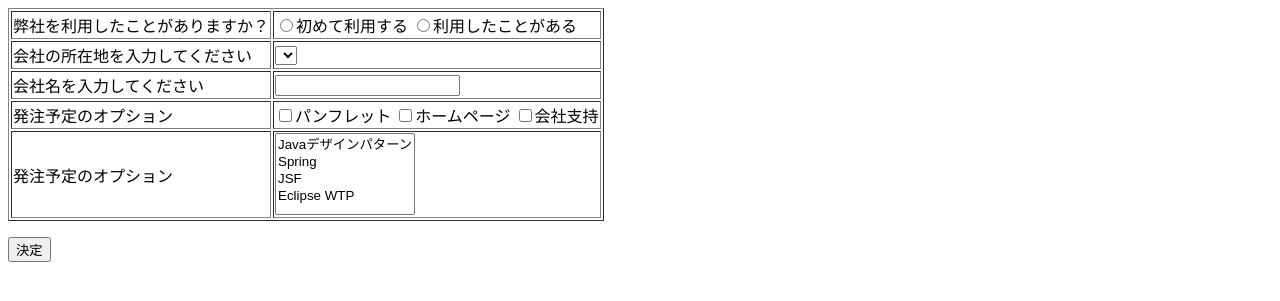
Repository: ict20215/ict
Page: http://localhost/test/jsp/Rei08_request.jsp
These files come from the project's save history. The page is drawn as it stood at one moment and after the next save; the edit follows.
The browser window is 1280 px wide. The pictures show the whole page.
The page is served by Tomcat 9.

Above is the page before, as saved 2021-10-20 05:33:36.

After the next save:
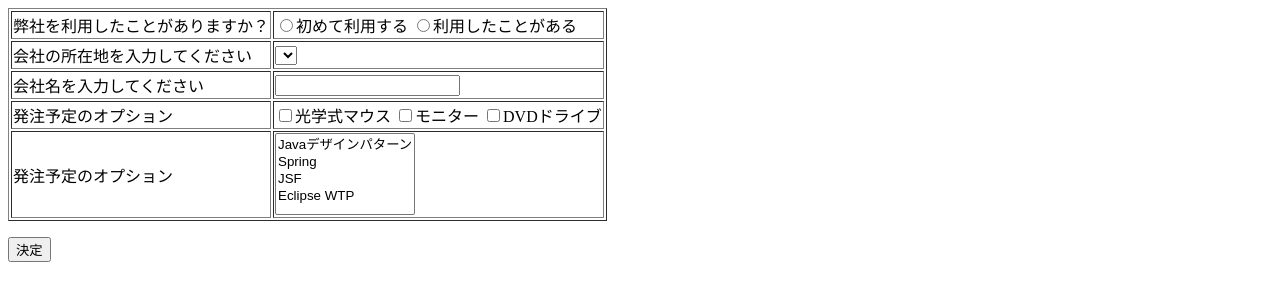
Saved 32 s later.
--- a/test/WebContent/jsp/Rei08_request.jsp
+++ b/test/WebContent/jsp/Rei08_request.jsp
@@ -33,9 +33,9 @@
 			<tr>
 				<td>発注予定のオプション</td>
 				<td>
-					<input type="checkbox" name="mosidoki" value="パンフレット">パンフレット
-					<input type="checkbox" name="mosidoki" value="ホームページ">ホームページ
-					<input type="checkbox" name="mosidoki" value="会社指示">会社支持
+					<input type="checkbox" name="mosidoki" value="パンフレット">光学式マウス
+					<input type="checkbox" name="mosidoki" value="ホームページ">モニター
+					<input type="checkbox" name="mosidoki" value="会社指示">DVDドライブ
 				</td>
 
 			</tr>
